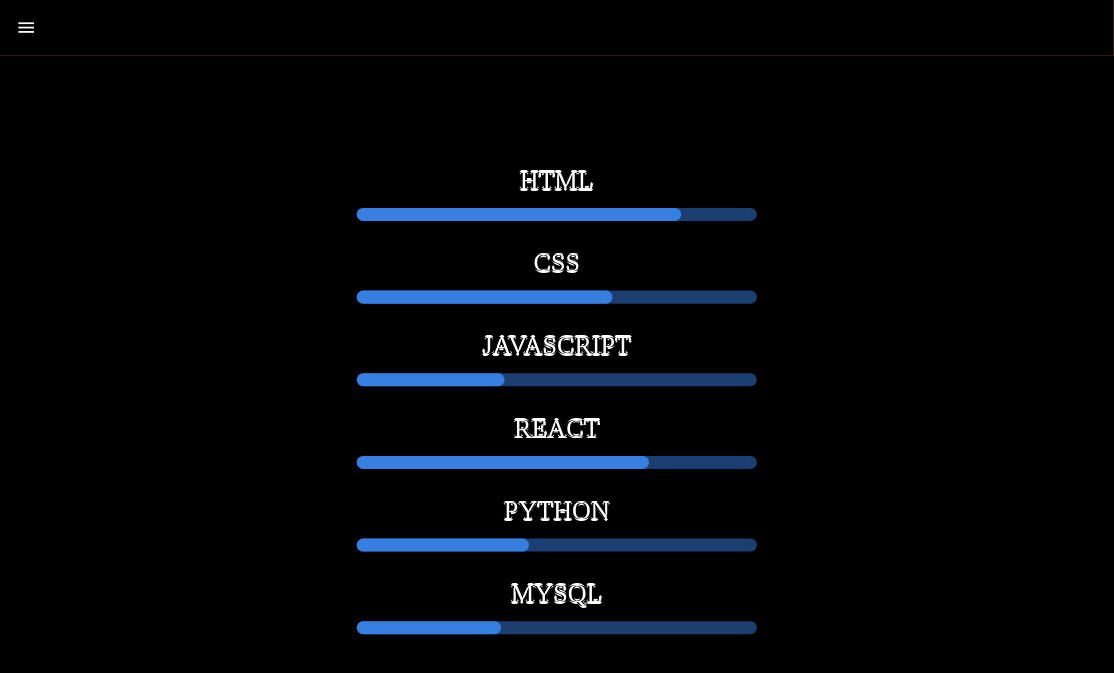
Repository: Ajtheult/portfolio.v3
Page: /skills
The author's editor kept a copy of each file at every save. The page is drawn from the files as they stood at one save, then again after the next save.
The browser window is 1280 px wide. The pictures show the whole page, at 87% of full size.
Some web fonts or font styles are not loaded; a fallback is used. The project was rebuilt for these pictures with package versions that can differ from the ones it lists, and the page was loaded fresh each time. Also part of the build but not shown: src/components/layout/pages/Home.js, src/components/layout/pages/MyWork.js, src/components/layout/pages/Testimonials.js.

Above is the page before, as saved 2020-07-19 17:40:23.

After the next save:
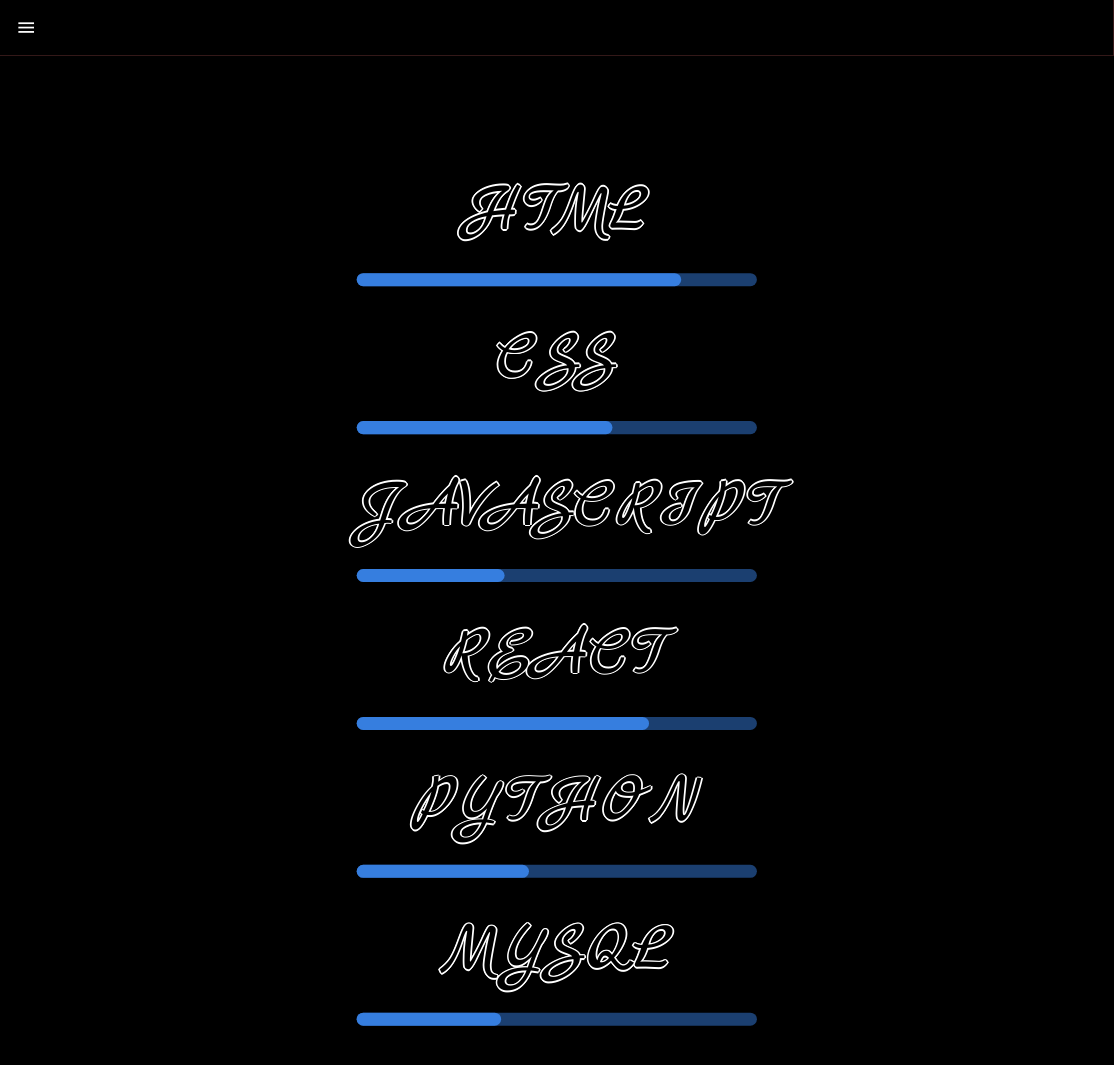
Saved 54 s later.
--- a/src/App.css
+++ b/src/App.css
@@ -313,9 +313,9 @@
 }
 
 .skills_text {
-  font-family: "Gruppo", cursive;
-  font-size: 30px;
-  text-shadow: 2px 0 0 rgb(0, 0, 0), -2px 0 0 rgb(0, 0, 0), 0 2px 0 #fff,
-    0 -2px 0 #fff, 1px 1px #fff, -1px -1px 0 #fff, 1px -1px 0 #fff,
-    -1px 1px 0 #fff;
-}
+  font-family: "Marck Script", cursive;
+  color: black;
+  font-size: 80px;
+  text-shadow: 2px 0 0 #fff, -2px 0 0 #fff, 0 2px 0 #fff, 0 -2px 0 #fff,
+    1px 1px #fff, -1px -1px 0 #fff, 1px -1px 0 #fff, -1px 1px 0 #fff;
+}
